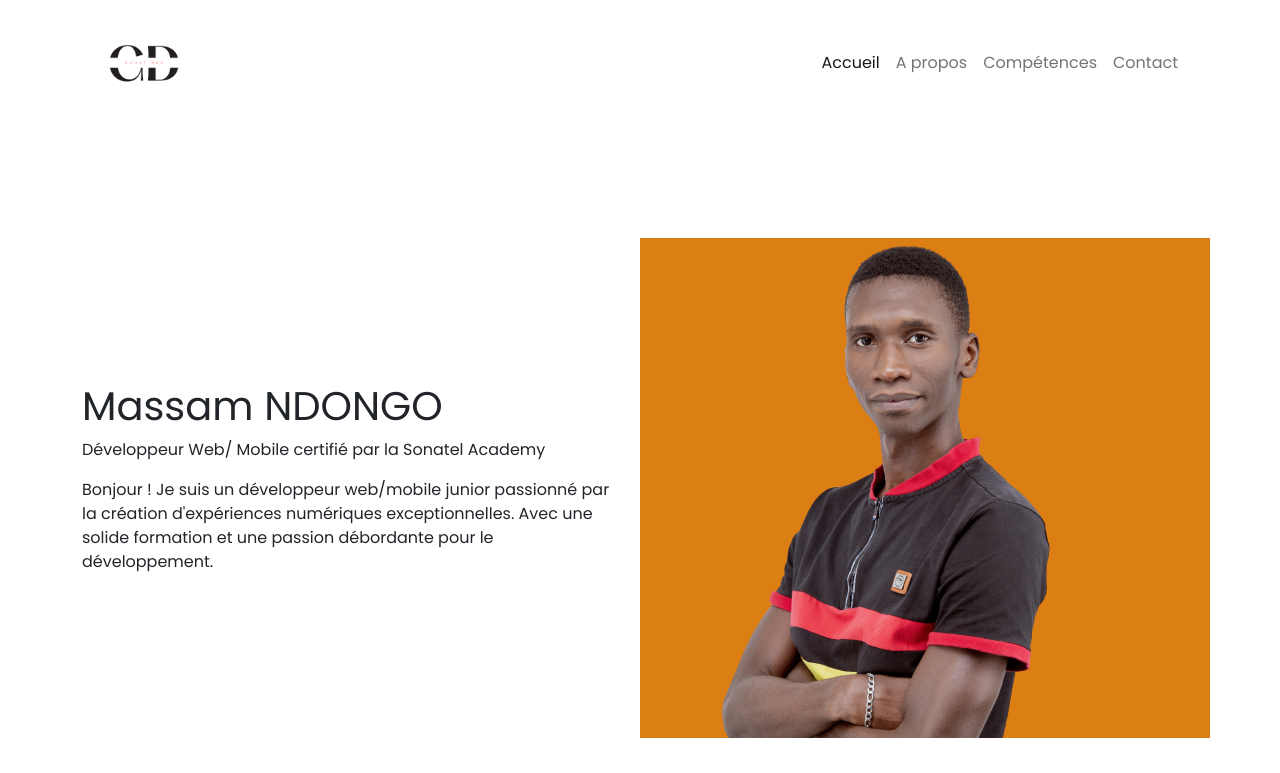
Repository: massndongo/portfolio1
Page: index.html
These files come from the project's save history. The page is drawn as it stood at one moment and after the next save; the edit follows.
The browser window is 1280 px wide. The pictures show the part of the page from y = 0 to 773 px (the page is 2111 px tall).
A picture or video elsewhere on the page could not be fetched, so the positions and the page height are approximate.

Above is the page before, as saved 2023-05-29 19:07:31.

### index.html
<!DOCTYPE html>
<html>
<head>
    <meta charset='utf-8'>
    <meta http-equiv='X-UA-Compatible' content='IE=edge'>
    <title>Portfolio Massam NDONGO</title>
    <meta name='viewport' content='width=device-width, initial-scale=1'>
    <link rel="stylesheet" href="https://cdn.jsdelivr.net/npm/bootstrap@5.2.3/dist/css/bootstrap.min.css" integrity="sha384-rbsA2VBKQhggwzxH7pPCaAqO46MgnOM80zW1RWuH61DGLwZJEdK2Kadq2F9CUG65" crossorigin="anonymous">
    <link rel="stylesheet" href="./assets/css/main.css">
</head>
<body>
    <div class="container">

        <!-- navbar -->
        <nav class="navbar navbar-expand-lg bg-body-tertiary container">
            <div class="container-fluid">
              <a class="navbar-brand" href="#"><img class="img-thumbnail border-0" width="100px" height="100px" src="./assets/images/logo.png" alt="" srcset=""></a>
              <button class="navbar-toggler" type="button" data-bs-toggle="collapse" data-bs-target="#navbarText" aria-controls="navbarText" aria-expanded="false" aria-label="Toggle navigation">
                <span class="navbar-toggler-icon"></span>
              </button>
              <div class="collapse navbar-collapse d-flex flex-row justify-content-end" id="navbarText">
                <div>
                    <ul class="navbar-nav me-auto mb-2 mb-lg-0">
                      <li class="nav-item">
                        <a class="nav-link active" aria-current="page" href="#">Accueil</a>
                      </li>
                      <li class="nav-item">
                        <a class="nav-link" href="#propos" onclick="scrollToSection('propos')">A propos</a>
                      </li>
                      <li class="nav-item">
                        <a class="nav-link" href="#skills" onclick="scrollToSection('skills')">Compétences</a>
                      </li>
                      <li class="nav-item">
                        <a class="nav-link" href="#contact" onclick="scrollToSection('contact')">Contact</a>
                      </li>
                    </ul>
                </div>
              </div>
            </div>
        </nav>
        <!-- End Navbar -->
        <div id="back-to-top">↑</div>

        <div class="contenu">

            <div class="propos d-flex row flex-row justify-content-center" id="propos">
                <div class="col-lg-6 col-md-12 mb-1 align-middle text-start d-flex flex-column justify-content-center animated-text">
                    <h1 class="">Massam NDONGO</h1>
                    <p class="">Développeur Web/ Mobile certifié par la Sonatel Academy</p>
                    <p>
                        Bonjour ! Je suis un développeur web/mobile junior passionné par la création d'expériences numériques exceptionnelles.
                        Avec une solide formation et une passion débordante pour le développement.

                    </p>
                </div>
                <div class="col-lg-6 col-md-12 profil">
                    <img src="./assets/images/os-projects-angular_thumbnail-removebg-preview.png" width="300px" height="200px" class=" angular"  alt="" srcset="">
                    <img src="./assets/images/mass.png" class="border-0 animated-text" alt="" srcset="">
                </div>
            </div>

            <div class="skills d-flex row flex-row justify-content-center" id="skills">
                <h1 class="text-center m-4 mt-4 text-decoration-underline">Compétences</h1>
                <div class="card m-4" style="width: 18rem;">
                    <img src="./assets/images/angular.png" class="card-img-top" alt="...">
                    <div class="card-body">
                      <p class="card-text">Some quick example text to build on the card title and make up the bulk of the card's content.</p>
                    </div>
                </div>
                <div class="card m-4" style="width: 18rem;">
                    <img src="./assets/images/symfony.png" class="card-img-top" alt="...">
                    <div class="card-body">
                      <p class="card-text">Some quick example text to build on the card title and make up the bulk of the card's content.</p>
                    </div>
                </div>
                <div class="card m-4" style="width: 18rem;">
                    <img src="./assets/images/ionic.webp" class="card-img-top" alt="...">
                    <div class="card-body">
                      <p class="card-text">Some quick example text to build on the card title and make up the bulk of the card's content.</p>
                    </div>
                </div>
                <div class="card m-4" style="width: 18rem;">
                    <img src="./assets/images/laravel.png" class="card-img-top" alt="...">
                    <div class="card-body">
                      <p class="card-text">Some quick example text to build on the card title and make up the bulk of the card's content.</p>
                    </div>
                </div>
                <div class="card m-4" style="width: 18rem;">
                    <img src="./assets/images/angular.png" class="card-img-top" alt="...">
                    <div class="card-body">
                      <p class="card-text">Some quick example text to build on the card title and make up the bulk of the card's content.</p>
                    </div>
                </div>
                <div class="card m-4" style="width: 18rem;">
                    <img src="./assets/images/angular.png" class="card-img-top" alt="...">
                    <div class="card-body">
                      <p class="card-text">Some quick example text to build on the card title and make up the bulk of the card's content.</p>
                    </div>
                </div>
                <div class="card m-4" style="width: 18rem;">
                    <img src="./assets/images/angular.png" class="card-img-top" alt="...">
                    <div class="card-body">
                      <p class="card-text">Some quick example text to build on the card title and make up the bulk of the card's content.</p>
                    </div>
                </div>
            </div>

            <div class="projets img-thumbnail bg-black">
                Lorem ipsum dolor sit amet consectetur adipisicing elit. Facere soluta nam sequi et quia officia, ratione dolore nisi ex necessitatibus ipsam dolor. Eveniet corporis voluptas similique hic omnis, maiores necessitatibus.
            </div>

            <div class="contact img-thumbnail bg-danger" id="contact">
                Lorem ipsum dolor sit amet consectetur adipisicing elit. Saepe consequatur porro numquam? Blanditiis harum consectetur, illum eligendi id dolorem mollitia velit neque? Cum itaque ipsum, ipsam autem saepe iure numquam!
                Quod incidunt quaerat exercitationem iusto perferendis architecto enim officia repellendus itaque dolorem animi, consectetur omnis quasi rerum voluptatum distinctio est deserunt harum porro neque quidem. Soluta itaque ullam repellat fugit?

            </div>
        </div>


        <footer></footer>

    </div>


    <!-- script -->
    <script src="https://cdn.jsdelivr.net/npm/bootstrap@5.2.3/dist/js/bootstrap.min.js" integrity="sha384-cuYeSxntonz0PPNlHhBs68uyIAVpIIOZZ5JqeqvYYIcEL727kskC66kF92t6Xl2V" crossorigin="anonymous"></script>
    <script src="https://cdn.jsdelivr.net/npm/bootstrap@5.2.3/dist/js/bootstrap.bundle.min.js" integrity="sha384-kenU1KFdBIe4zVF0s0G1M5b4hcpxyD9F7jL+jjXkk+Q2h455rYXK/7HAuoJl+0I4" crossorigin="anonymous"></script>
    <script src='./assets/js/main.js'></script>
</body>
</html>

### assets/css/main.css
@font-face {
    font-family: 'Poppins Regular';
    src: url('../fonts/poppins/Poppins-Regular.ttf') format('truetype');
  }

  /* Utilisation de la police */
  body {
    font-family: 'Poppins Regular', sans-serif;
  }

.contenu {
    margin-top: 10%;
}

.animated-text {
    animation: fade-in-out 4s normal;
    }

    @keyframes fade-in-out {
    0% {
        opacity: 1;
    }
    50% {
        opacity: 0;
    }
    100% {
        opacity: 1;
    }
}


#back-to-top {
    display: none;
    position: fixed;
    bottom: 20px;
    right: 20px;
    width: 40px;
    height: 40px;
    background-color: #ccc;
    border-radius: 50%;
    text-align: center;
    line-height: 40px;
    cursor: pointer;
  }

.skills {
    margin-top: 5%;
}
.profil {
    background-color: #db7e14;
}
.angular {
    position: absolute;
    margin-right: 5%;
    z-index: -1;
}

### assets/js/main.js
  // Sélectionnez tous les liens de la navbar avec la classe "nav-link"
  var navLinks = document.querySelectorAll('.nav-link');

  // Parcourez tous les liens et ajoutez un gestionnaire d'événement pour le clic
  navLinks.forEach(function(link) {
    link.addEventListener('click', function(event) {
      event.preventDefault(); // Empêche le comportement par défaut du navigateur
      var target = this.getAttribute('href'); // Récupère l'attribut href du lien
      scrollToSection(target); // Appelle la fonction de défilement vers la section cible
    });
  });

  // Fonction pour déplacer l'utilisateur vers une section spécifique
  function scrollToSection(sectionId) {
    var section = document.querySelector(sectionId);
    if (section) {
      section.scrollIntoView({ behavior: 'smooth' });
    }
  }


  var backToTopBtn = document.getElementById("back-to-top");

  // Afficher ou masquer le bouton en fonction du défilement de la page
  window.addEventListener("scroll", function() {
    if (window.pageYOffset > 100) {
      backToTopBtn.style.display = "block";
    } else {
      backToTopBtn.style.display = "none";
    }
  });

  // Faire défiler vers le haut de la page lorsque le bouton est cliqué
  backToTopBtn.addEventListener("click", function() {
    window.scrollTo({
      top: 0,
      behavior: "smooth"
    });
  });

After the next save:
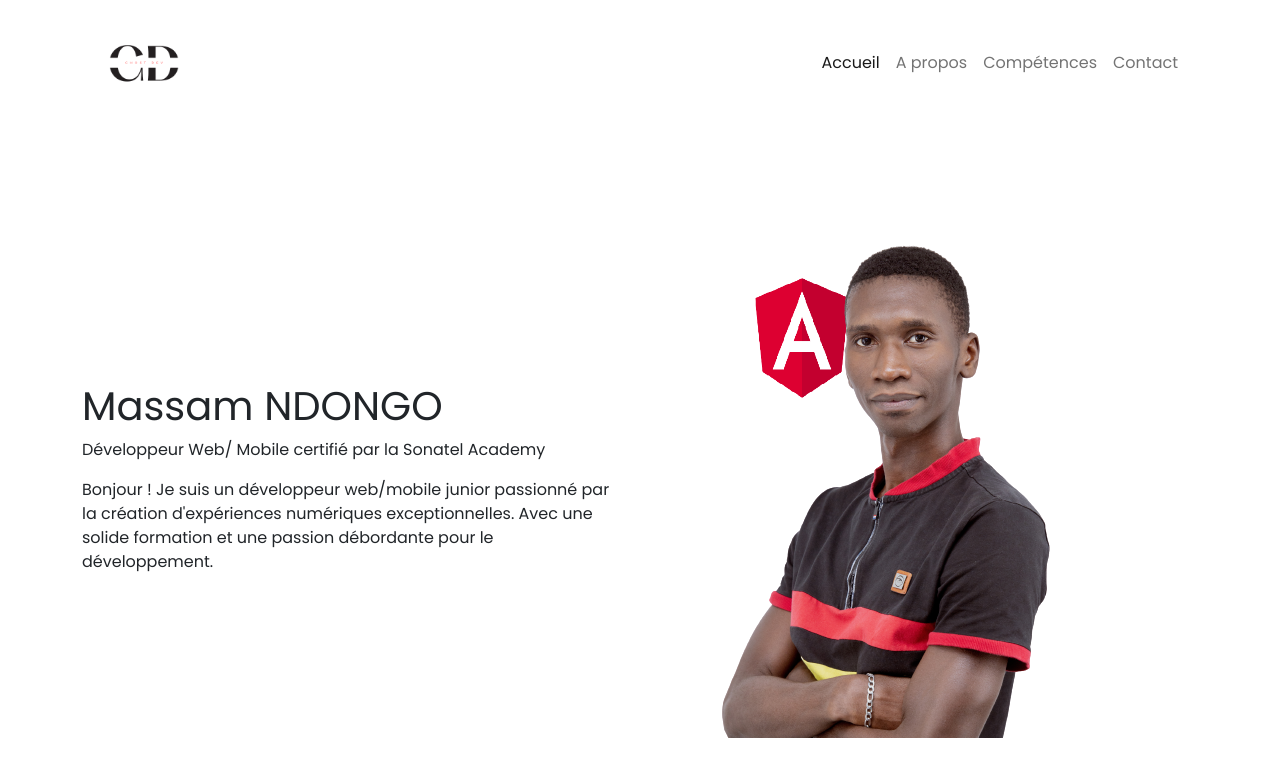
Saved 11 s later.
--- a/assets/css/main.css
+++ b/assets/css/main.css
@@ -47,7 +47,7 @@
     margin-top: 5%;
 }
 .profil {
-    background-color: #db7e14;
+    /* background-color: #db7e14; */
 }
 .angular {
     position: absolute;
